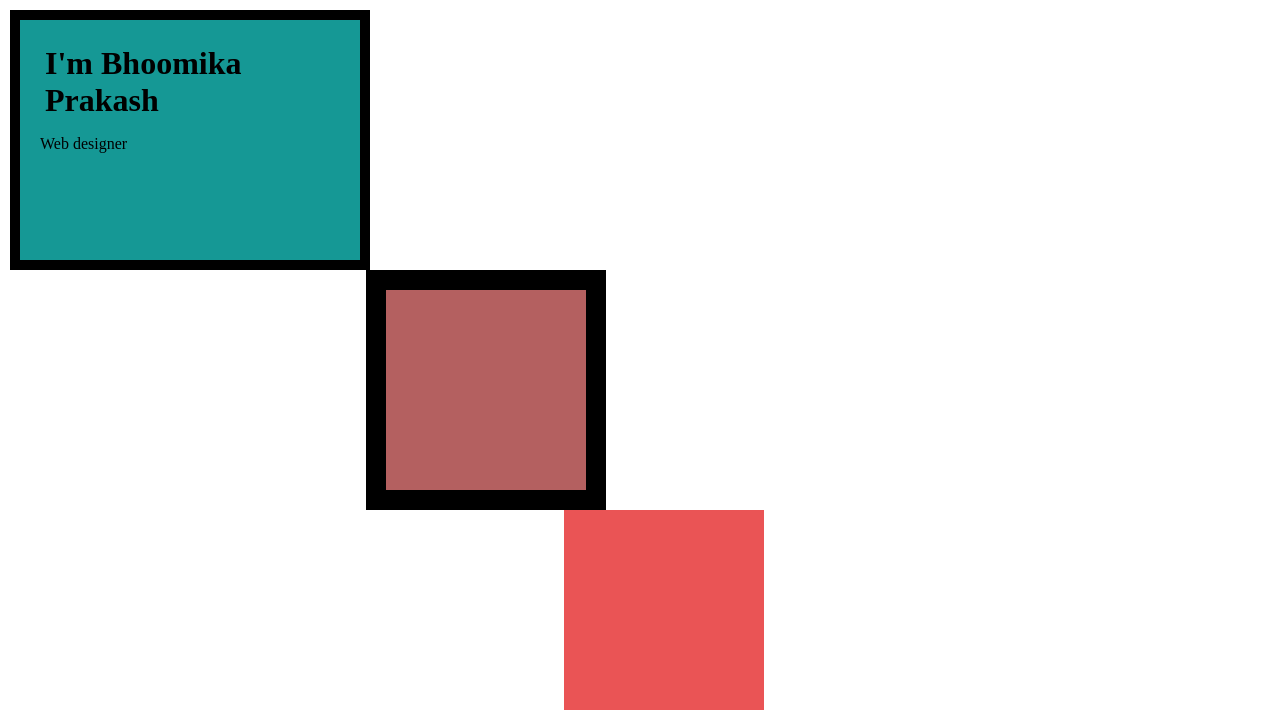
Repository: Bhoomika140420/css_mysite
Page: index.html
An editor plug-in stored every save of this project. The page is shown before and after the next save, followed by the edit.
The browser window is 1280 px wide. The pictures show the whole page.

Above is the page before, as saved 2023-03-29 12:52:34.

After the next save:
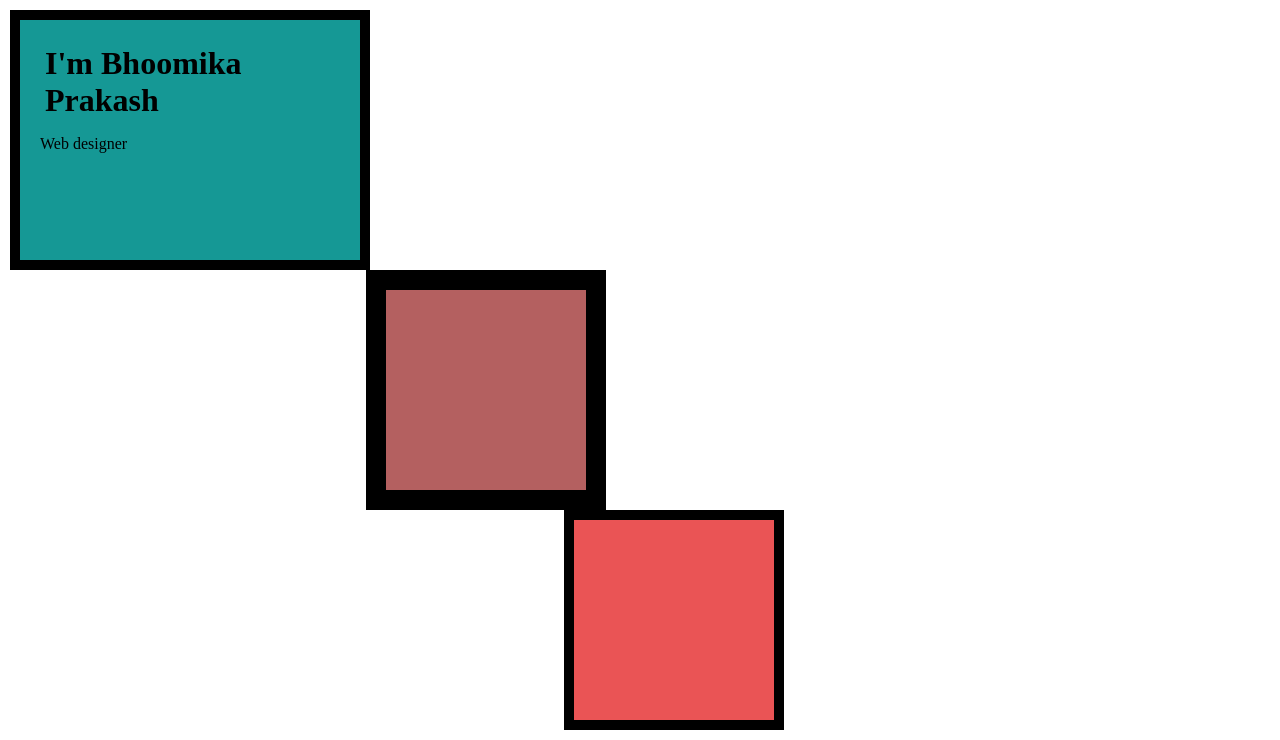
Saved 7 s later.
--- a/stylesheet.css
+++ b/stylesheet.css
@@ -19,7 +19,7 @@
     background-color:#EA5455;
     width:200px;
     height:200px;
-    border:10px;
+    border:solid 10px;
     margin-left:554px;
     margin-right:40px;
 }
